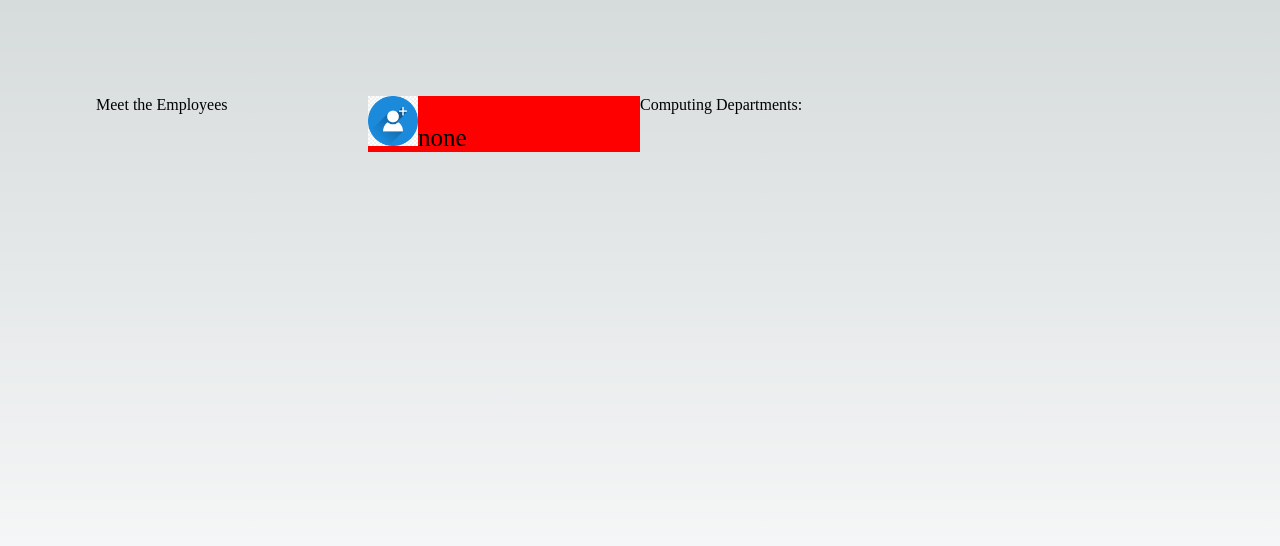
Repository: cheungglenda/MDIA2109-Week3
Page: /about
An editor plug-in stored every save of this project. The page is shown before and after the next save, followed by the edit.
The browser window is 1280 px wide. The pictures show the whole page.
The project was rebuilt for these pictures with package versions that can differ from the ones it lists, and the page was loaded fresh each time. The framework's server and built-in components were replaced by stand-ins that run in the browser. Also part of the build but not shown: next.config.js.

Above is the page before, as saved 2023-01-18 21:48:26.

### pages/about.js
import Head from 'next/head'
import { Inter } from '@next/font/google'
import styles from '@/styles/Home.module.css'
import data from '../data/about.json'
import { useState } from 'react'
import Card from '../components/Card/about.js'
import Link from 'next/link'

export default function About() {

    const [information, setInformation] = useState([...data])
    console.log(data);

    return (
   <>
      <Head>
        <title>About Page</title>
        <meta name="description" content="Meet the Employees" />
        <meta name="viewport" content="width=device-width, initial-scale=1" />
        <link rel="icon" href="/favicon.ico" />
      </Head>
      <main className={styles.main}>

        <div className={styles.grid}>
          <div>Meet the Employees</div>
          {information && information.map((info, about) => {
            if(info.department.toLowerCase() === "business") {
            return (
              <Card key={about} firstName={info.firstName} color="red" font="25px"/>
            )
          }
          })}
           <div>Computing Departments:</div>
          {information && information.map((info, index) => {
            if(info.department.toLowerCase() === "computing") {
            return (
              <Card key={index} degree={info.department} color="blue" font="25px"/>
            )
          }
          })}
        </div>
      </main>
    </>
  )
}

### data/about.json
[
    {
        "firstName": "Jane",
        "lastName": "Doe",
        "department": "Business",
        "jobTitle": "Financial Analyst",
        "yearsWorked": 3
    },
    {
        "firstName": "John",
        "lastName": "Smith",
        "department": "Human Resources",
        "jobTitle": "Human Resources Coordinator",
        "yearsWorked": 4
    },
    {
        "firstName": "Wendy",
        "lastName": "Lee",
        "department": "Administration",
        "jobTitle": "Receptionist",
        "yearsWorked": 8
    }
]

### components/Card/about.js
export default function Card({
    degree = "none",
    color = "pink",
    font = "O",
    image = "icon/personTwo.png"
}) {
    return (
        <div style={{backgroundColor: color, fontSize: font}}>
            {
                color === "pink" ? <img src={'icon/person.png'} width="50"/> :
                color === "blue" ? <img src={'icon/personThree.png'} width="50"/> :
                <img src={image} width="50"/>
            }
            {degree}
        </div>
    )
}

### components/Card/index.js
export default function Card({
    degree = "none",
    color = "purple",
    font = "O",
    image = "icon/personTwo.png"
}) {
    return (
        <div style={{backgroundColor: color, fontSize: font}}>
            {
                color === "red" ? <img src={'icon/person.png'} width="50"/> :
                color === "blue" ? <img src={'icon/personThree.png'} width="50"/> :
                <img src={image} width="50"/>
            }
            {degree}
        </div>
    )
}

Loaded but not shown: pages/_app.js (common file); pages/_document.js (common file); styles/globals.css (common file); styles/Home.module.css (common file)

After the next save:
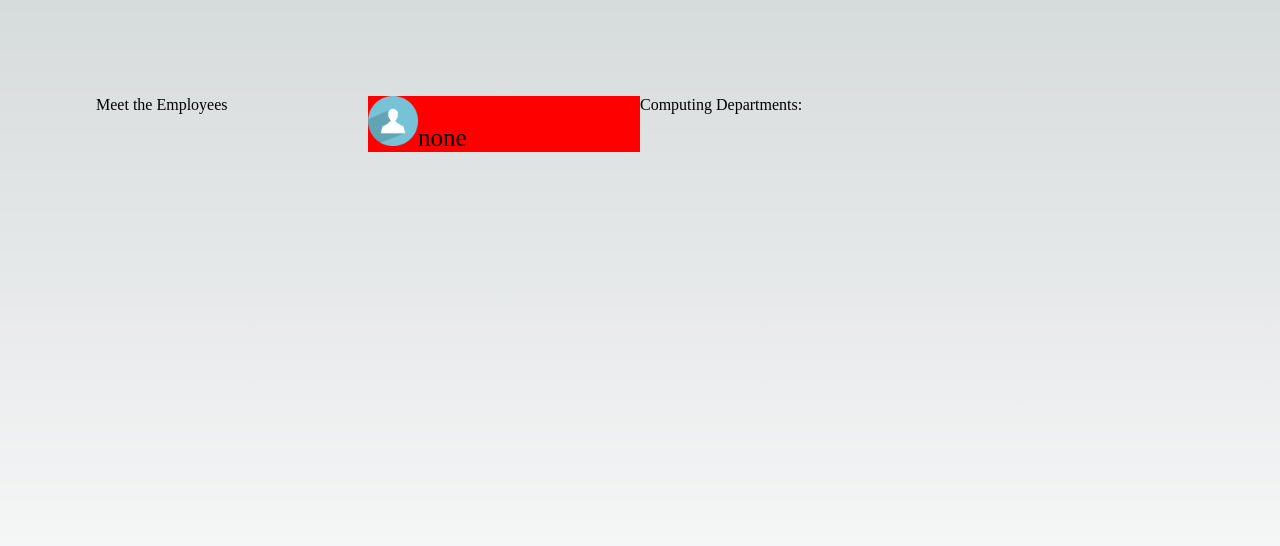
Saved 10 h 23 min later.
--- a/pages/about.js
+++ b/pages/about.js
@@ -3,7 +3,7 @@ import { Inter } from '@next/font/google'
 import styles from '@/styles/Home.module.css'
 import data from '../data/about.json'
 import { useState } from 'react'
-import Card from '../components/Card/about.js'
+import Card from '../components/Card'
 import Link from 'next/link'
 
 export default function About() {
